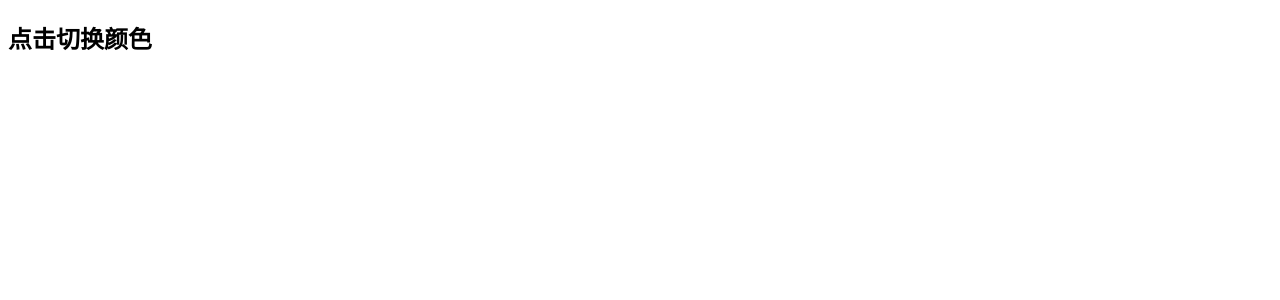
Repository: lucky-LoL735/jfsc
Page: ES6/let案例.html
These files come from the project's save history. The page is drawn as it stood at one moment and after the next save; the edit follows.
The browser window is 1280 px wide. The pictures show the whole page.

Above is the page before, as saved 2022-12-05 21:31:03.

### ES6/let案例.html
<!DOCTYPE html>
<html lang="en">
<head>
  <meta charset="UTF-8">
  <meta http-equiv="X-UA-Compatible" content="IE=edge">
  <meta name="viewport" content="width=device-width, initial-scale=1.0">
  <title>Document</title>
</head>

<body>
  <div class="container">
    <h2 class="page-header">点击切换颜色</h2>
    <div class="item"></div>
    <div class="item"></div>
    <div class="item"></div>
  </div>
</body>
<style>
  div .item {
    border: 1px green;
  }
</style>
<script>
  //获取div元素对象
  let items = document.getElementsByClassName('item');

  //遍历并绑定事件
  for(var i=0;i<items.length;i++){
    items[i].onclick = function (){
      //修改当前元素背景颜色
      this.style.background = 'pink';
    }
  }
  {
    var i=0
  }
  {
    var i=1
  }
  {
    var i = 2
  }
  {
    var i = 3
  }
  console.log(i)
</script>
</html>

After the next save:
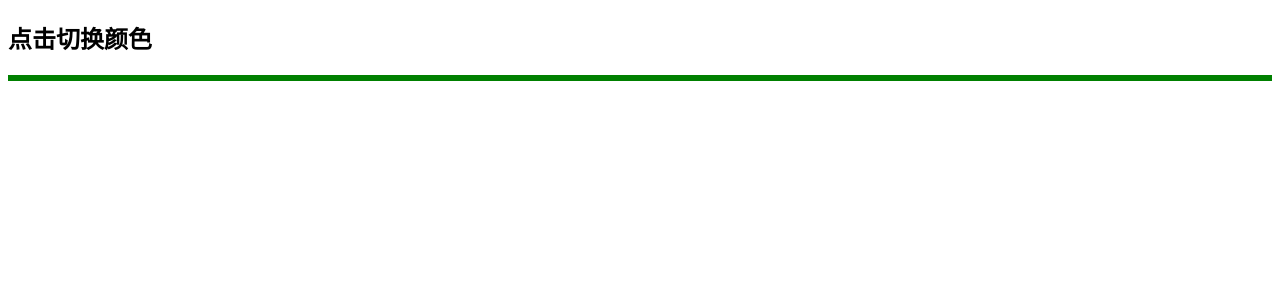
Saved 17 s later.
--- a/ES6/let案例.html
+++ b/ES6/let案例.html
@@ -17,7 +17,7 @@
 </body>
 <style>
   div .item {
-    border: 1px green;
+    border: 1px solid green;
   }
 </style>
 <script>

After the save that followed:
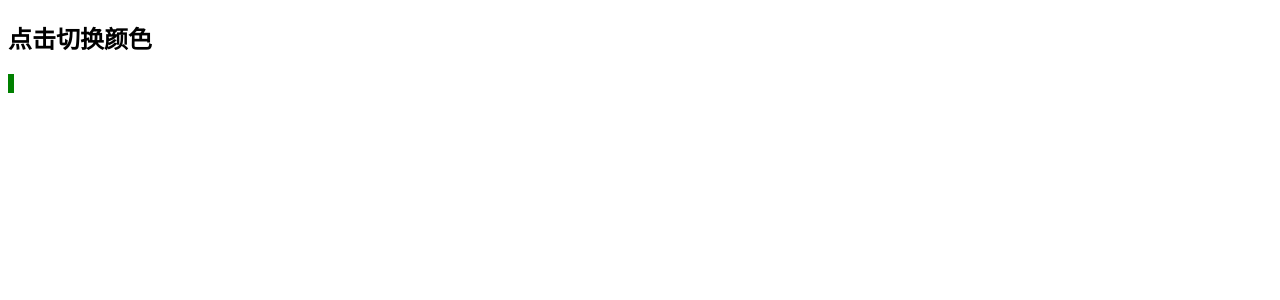
Saved 26 s later.
--- a/ES6/let案例.html
+++ b/ES6/let案例.html
@@ -17,6 +17,7 @@
 </body>
 <style>
   div .item {
+    display: inline;
     border: 1px solid green;
   }
 </style>
